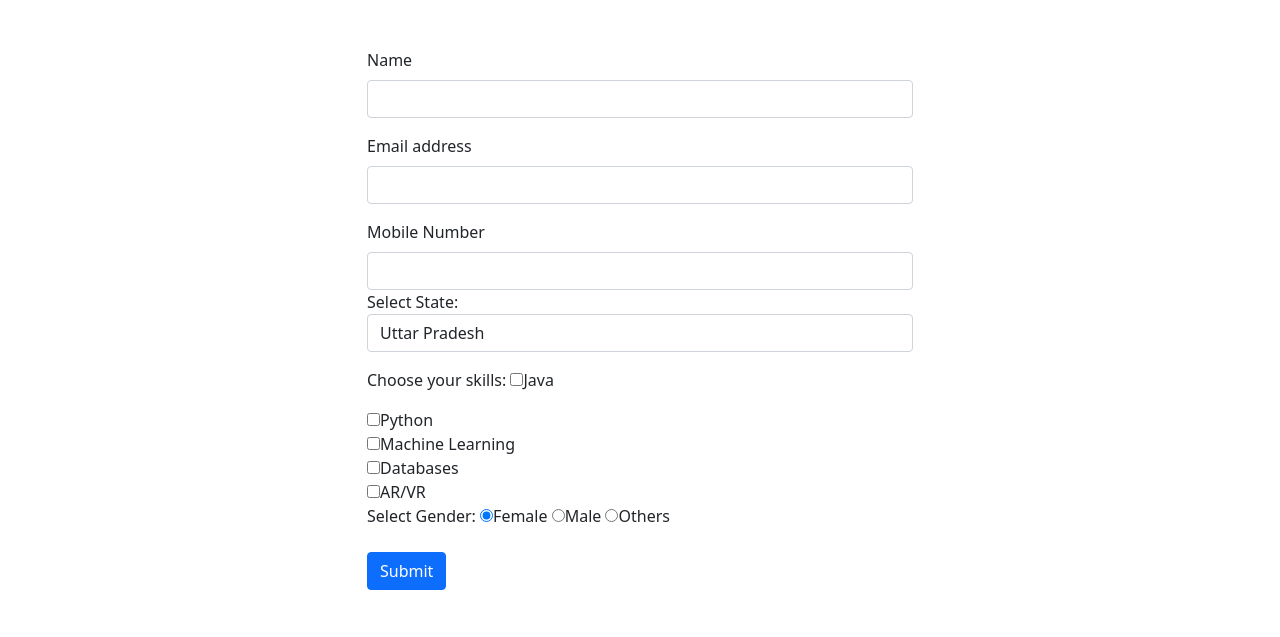
Repository: SimSri-ExtraMarks/FormHandling
Page: formHandling/form.html
The author's editor kept a copy of each file at every save. The page is drawn from the files as they stood at one save, then again after the next save.
The browser window is 1280 px wide. The pictures show the whole page.

Above is the page before, as saved 2021-06-26 12:51:34.

### formHandling/form.html
<!doctype html>
<html lang="en">
<head>
<meta charset="UTF-8" />
<title>Registration Form</title>
<link
	href="https://cdn.jsdelivr.net/npm/bootstrap@5.0.2/dist/css/bootstrap.min.css"
	rel="stylesheet"
	integrity="sha384-EVSTQN3/azprG1Anm3QDgpJLIm9Nao0Yz1ztcQTwFspd3yD65VohhpuuCOmLASjC"
	crossorigin="anonymous">
</head>
<body>
	<div class="container">
		<div class="row mt-5">
			<div class="col-md-6 offset-md-3">
				<form>
<div class="form-outline mb-3">
<label for="name" class="form-label">Name</label>
  <input type="text" id="name" class="form-control" />

</div>
					<div class="mb-3">
						<label for="exampleInputEmail1" class="form-label">Email
							address</label> <input type="email" class="form-control"
							id="exampleInputEmail1" aria-describedby="emailHelp">
					</div>
					<div class="mb-3">
						<label for="exampleInputMobileNumber" class="form-label">Mobile
							Number</label> <input type="mobilenumber" class="form-control"
							id="exampleInputMobileNumber">

						<div class="form-group mb-3">
							<label for="exampleInputState">Select State:</label> <select
								class="form-control" id="exampleInputState">
								<option>Uttar Pradesh</option>
								<option>Maharashtra</option>
								<option>Rajasthan</option>
								<option>Kerala</option>
							</select>
						</div>

						<div class="checkbox mb-3">
						<label for="exampleInputSkills">Choose your skills:</label>
  <label><input type="checkbox" value="exampleInputSkills">Java</label>
</div>
<div class="checkbox">
  <label><input type="checkbox" value="exampleInputSkills">Python</label>
</div>
<div class="checkbox disabled">
  <label><input type="checkbox" value="exampleInputSkills">Machine Learning</label>

  <div class="checkbox">
  <label><input type="checkbox" value="exampleInputSkills">Databases</label>
</div>
<div class="checkbox">
  <label><input type="checkbox" value="exampleInputSkills">AR/VR</label>
</div>

					<div class="mb-4">
						<label for="exampleInputGender">Select Gender:</label> <label
							class="radio-inline"><input type="radio"
							name="exampleInputGender" checked>Female</label> <label
							class="radio-inline"><input type="radio"
							name="exampleInputGender">Male</label> <label
							class="radio-inline"><input type="radio"
							name="exampleInputGender">Others</label>
							</div>


						<button type="submit" class="btn btn-primary">Submit</button>
				</form>



			</div>
		</div>
	</div>
</body>
</html>

After the next save:
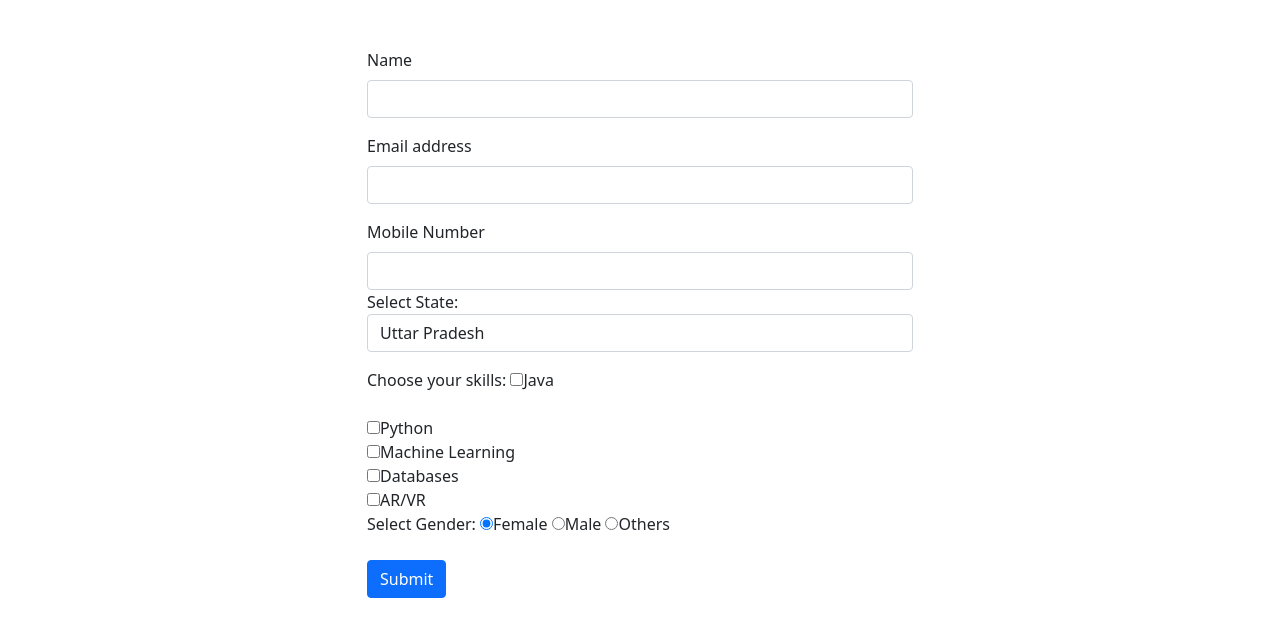
Saved 15 s later.
--- a/formHandling/form.html
+++ b/formHandling/form.html
@@ -39,7 +39,7 @@
 							</select>
 						</div>
 
-						<div class="checkbox mb-3">
+						<div class="checkbox mb-4">
 						<label for="exampleInputSkills">Choose your skills:</label>
   <label><input type="checkbox" value="exampleInputSkills">Java</label>
 </div>
